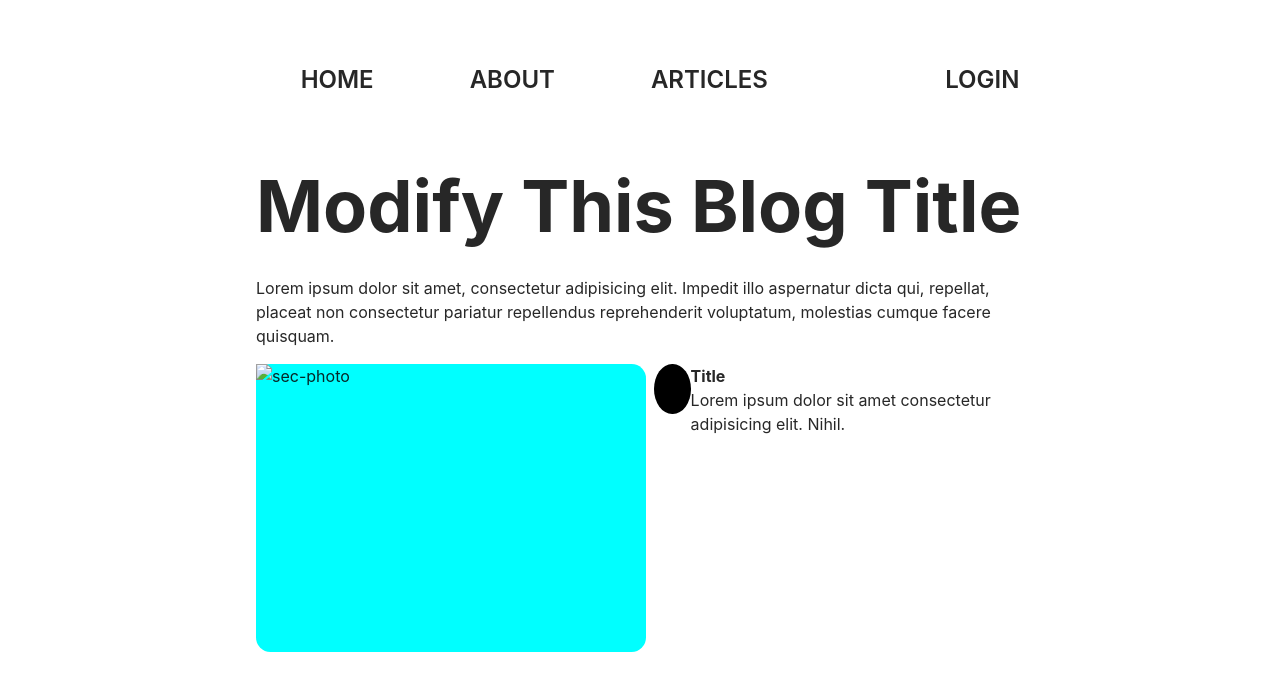
Repository: ValGrace/-static-site
Page: /home (app in client/)
These files come from the project's save history. The page is drawn as it stood at one moment and after the next save; the edit follows.
The browser window is 1280 px wide. The pictures show the whole page.
The project was rebuilt for these pictures with package versions that can differ from the ones it lists, and the page was loaded fresh each time. Also part of the build but not shown: client/vite.config.js, client/src/Utils/appwrite.js, client/src/Components/Inputs.css, client/src/Components/Login.jsx, client/src/Components/Signup.jsx.

Above is the page before, as saved 2023-02-05 12:08:30.

### client/src/main.jsx
import React from 'react'
import ReactDOM from 'react-dom/client'
import App from './App'
import './index.css'
import { BrowserRouter } from 'react-router-dom'
ReactDOM.createRoot(document.getElementById('root')).render(
  <React.StrictMode>
    <BrowserRouter>
    <App />
    </BrowserRouter>
  </React.StrictMode>,
)

### client/src/App.jsx
import PageRouter from './Routing/PageRouter'
import './App.css'

function App() {


  return (
    <div className="App">
      <PageRouter />
    </div>
  )
}

export default App

### client/src/index.css
:root {
  font-family: Inter, system-ui, Avenir, Helvetica, Arial, sans-serif;
  line-height: 1.5;
  font-weight: 400;

  color-scheme: light dark;
  color: rgba(7, 7, 7, 0.87);
  background-color: #ffffff;

  font-synthesis: none;
  text-rendering: optimizeLegibility;
  -webkit-font-smoothing: antialiased;
  -moz-osx-font-smoothing: grayscale;
  -webkit-text-size-adjust: 100%;
}

/* a {
  font-weight: 500;
  color: #646cff;
  text-decoration: inherit;
}
a:hover {
  color: #535bf2;
}

body {
  margin: 0;
  display: flex;
  place-items: center;
  min-width: 320px;
  min-height: 100vh;
}

h1 {
  font-size: 3.2em;
  line-height: 1.1;
}

button {
  border-radius: 8px;
  border: 1px solid transparent;
  padding: 0.6em 1.2em;
  font-size: 1em;
  font-weight: 500;
  font-family: inherit;
  background-color: #1a1a1a;
  cursor: pointer;
  transition: border-color 0.25s;
}
button:hover {
  border-color: #646cff;
}
button:focus,
button:focus-visible {
  outline: 4px auto -webkit-focus-ring-color;
}

@media (prefers-color-scheme: light) {
  :root {
    color: #213547;
    background-color: #ffffff;
  }
  a:hover {
    color: #747bff;
  }
  button {
    background-color: #f9f9f9;
  }
} */

### client/src/Routing/PageRouter.jsx
import Dashboard from "../Pages/Dashboard";
import HomePage from "../Pages/HomePage";
import { Routes, Route} from "react-router-dom"

const PageRouter = () => {
    return (
        <Routes>
            <Route path="/" element={<Dashboard />} />
            <Route path="/home" element={<HomePage />} />
        </Routes>
    )
}

export default PageRouter

### client/src/App.css
.App {
  display: flex;
  flex-direction: column;
  justify-content: center;
  align-items: center;
}

### client/src/Pages/Dashboard.jsx
import React, { useReducer} from 'react'
import Login from '../Components/Login'
import Signup from '../Components/Signup'
import "../Components/Inputs.css"
const initialState = {page : <Login />}
function reducer(state, action) {
    switch(action.type) {
        case 'loginpage':
          return { page: <Login />}
        case 'signuppage':
            return { page: <Signup />}
        default:
            return { page: <h2>Loading....</h2>}
    }
}
const Dashboard = () => {
    const [state, dispatch] = useReducer(reducer, initialState)
    return (
        <div className='dashboard'>
         <h2>Static Site Generator</h2>
         <div>Static site Image</div>
         <div className='dash' id='dash'>
            <div className='toggleForms'>
                <button onClick={() => dispatch({type: 'loginpage'})} className="type-btn">Login</button>
                <button onClick={() => dispatch({type: 'signuppage'})} className="type-btn">Signup</button>
                </div>
            <React.Fragment>{state.page}</React.Fragment>

            <button id="auth-btns">Login with Github account</button>
            <button id="auth-btns">Login with Google account</button>
         </div>
       </div>
    )
}

export default Dashboard

### client/src/Pages/HomePage.jsx
import Navbar from "../Components/Navbar"
import TopSection from "../Components/TopSection"
const HomePage = () => {
    return (
        <>
         <Navbar />
         <TopSection />
        </>
    )
}

export default HomePage

### client/src/Components/Navbar.jsx
import "./Navbar.css"
const Navbar = () => {
    return (
        <nav>
            <ul>
                <li>home</li>
                <li>about</li>
                <li>articles</li>
            </ul>
            <ul>
                <li>Login</li>
            </ul>
        </nav>
    )
}

export default Navbar

### client/src/Components/TopSection.jsx
const TopSection = () => {
    return (
      <>
      <div className="top-text" id="top-text">
      <h2>Modify this blog title</h2>
      <p>Lorem ipsum dolor sit amet, consectetur adipisicing elit. Impedit illo aspernatur dicta qui, repellat, placeat non consectetur pariatur repellendus reprehenderit voluptatum, molestias cumque facere quisquam.</p>
      </div>
      <div className="head-section">
        <div className="head-img">
            <img src="" alt="sec-photo" />
        </div>
        <div className="side-section">
            <div className="side-img">
                <img src="" alt=""/>
            </div>
            <div className="side-blogs">
                <h4>Title</h4>
                <p>Lorem ipsum dolor sit amet consectetur adipisicing elit. Nihil.</p>
            </div>
        </div>
      </div>
      </>
    )
}

export default TopSection

### client/src/Components/Navbar.css
nav {
    width: 70vw;
    height: 20vh;
    display: flex;
}

nav > ul{
  display: flex;
  flex-direction: row;
  text-transform: uppercase;
  list-style-type: none;
  justify-content: center;
  align-items: center;
  gap: 4em;
  font-weight: 600;
  font-size: 1.5rem;
  flex-grow: 1;
}

#top-text {
    width: 60vw;
}

#top-text > h2 {
    font-size: 4.5rem;
    text-transform: capitalize;
    margin: 0;
    /* float: left; */
}

#top-text > p {
    float: right;

}

.head-section {
    display: flex;
    width: 60vw;
    gap: 0.5em;
}

.head-img {
    background-color: aqua;
    width: 70%;
    border-radius: 0.9em;
    height: 40vh;
}

.side-section {
    display: flex;
    flex-direction: row;
}

.side-img {
    background-color: black;
    width: 50px;
    height: 50px;
    border-radius: 50%;
}

.side-blogs > h4, .side-blogs > p {
    margin: 0;
}

Loaded but not shown: client/index.html (common file)

After the next save:
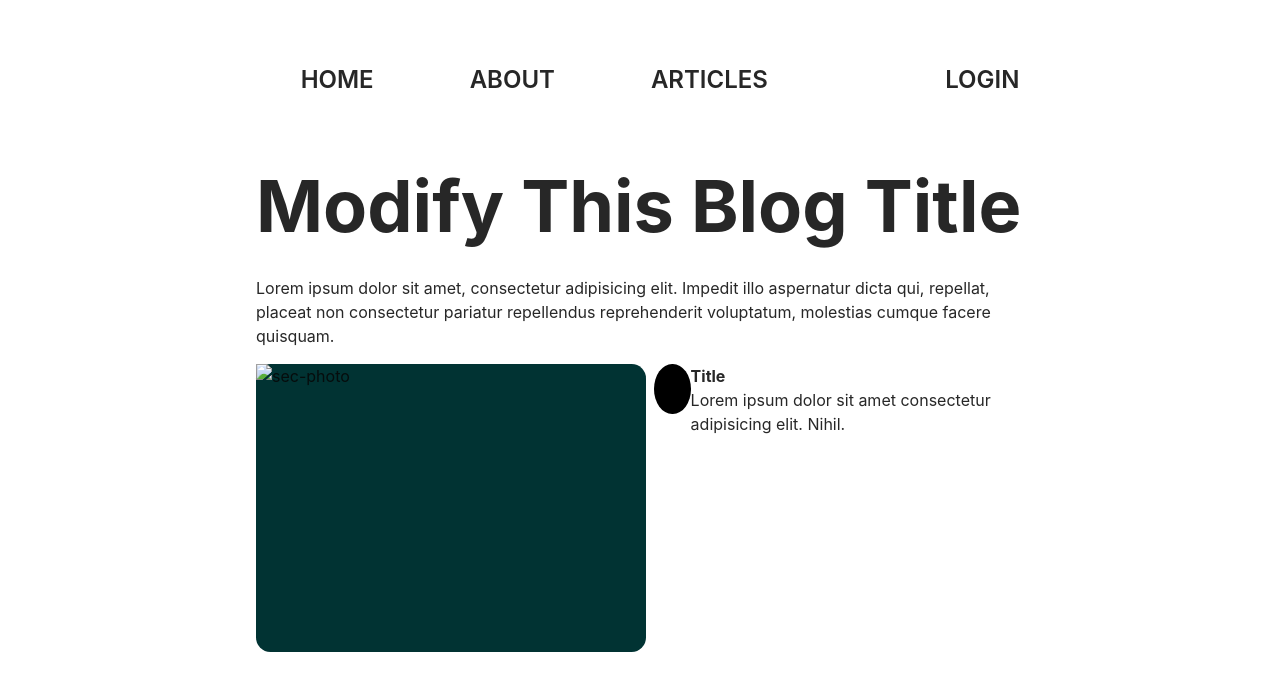
Saved 24 s later.
--- a/client/src/Components/Navbar.css
+++ b/client/src/Components/Navbar.css
@@ -40,7 +40,7 @@ nav > ul{
 }
 
 .head-img {
-    background-color: aqua;
+    background-color: rgb(1, 51, 51);
     width: 70%;
     border-radius: 0.9em;
     height: 40vh;
